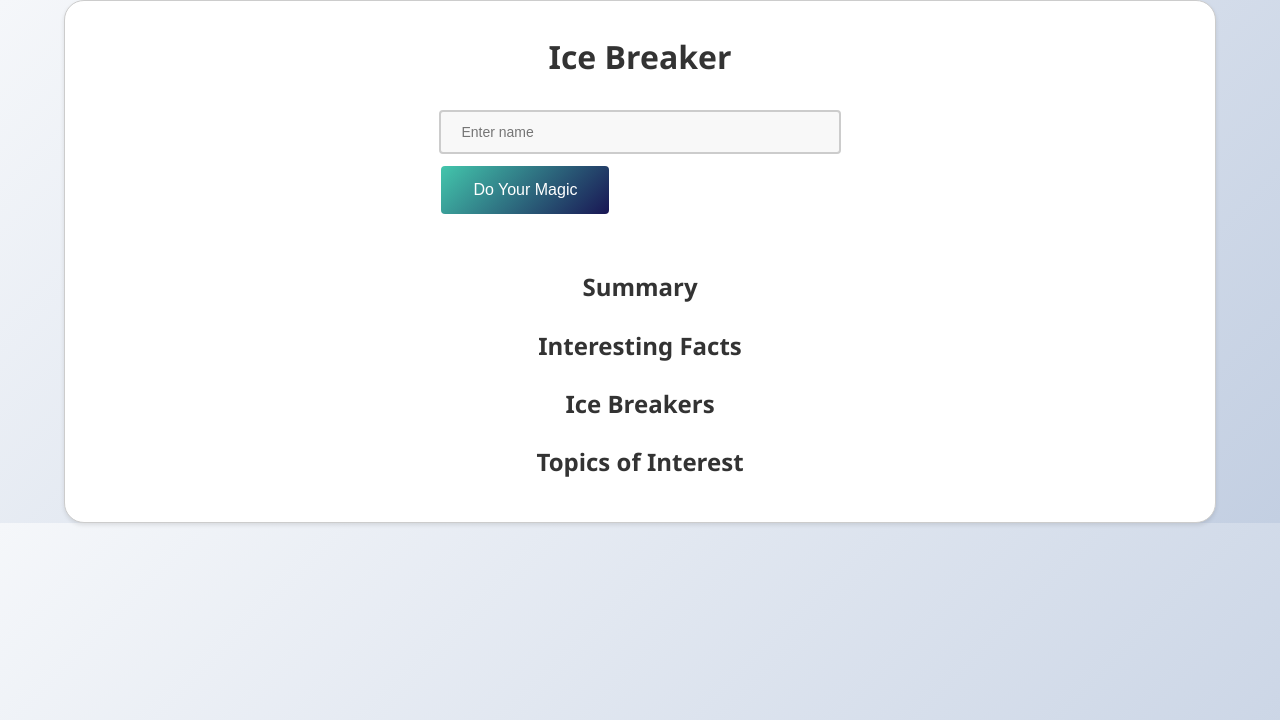
Repository: kunal02kb/Minor-Project-LangCahin
Page: http://localhost/
These files come from the project's save history. The page is drawn as it stood at one moment and after the next save; the edit follows.
The browser window is 1280 px wide. The pictures show the whole page.
Some web libraries are served in a nearby version. The page is served by the project's application, run on Flask 3 (app.py).

Above is the page before, as saved 2023-09-27 08:23:32.

After the next save:
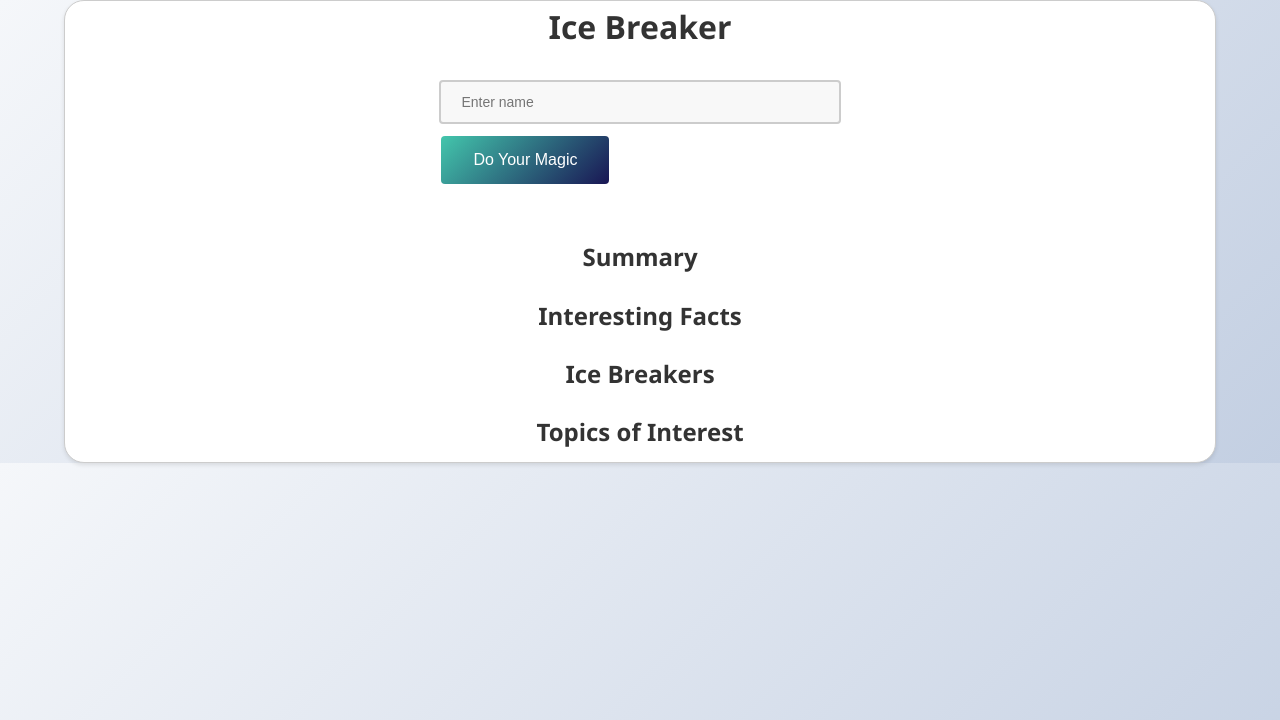
Saved 7 s later.
--- a/static/css/style.css
+++ b/static/css/style.css
@@ -15,7 +15,7 @@ body {
 .container {
     width: 90%;
     margin: auto;
-    padding: 30px;
+    /* padding: 30px; */
     background-color: #ffffff;
     box-shadow: 0 2px 4px rgba(0, 0, 0, 0.1);
     border: 1px solid #ccc;
